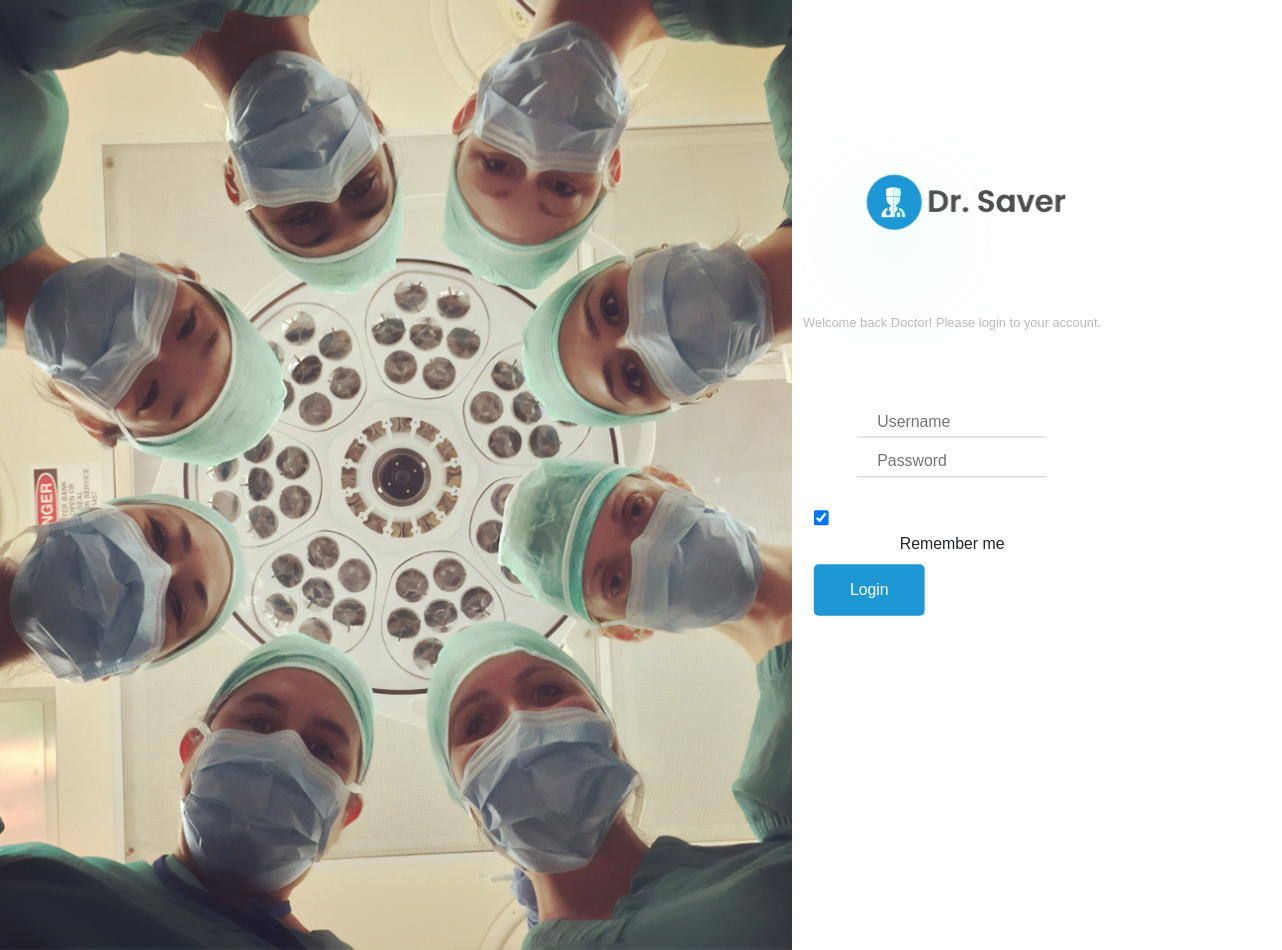
Repository: nsra/hadeel_doctor_system
Page: doctor/Dlogin.html
These files come from the project's save history. The page is drawn as it stood at one moment and after a run of saves; the edit follows.
The browser window is 1280 px wide. The page is 1295 px wide, so the pictures cover 1295 px, including what lies to the right of the window. The pictures show the whole page, at 99% of full size.
Some web fonts or font styles are not loaded; a fallback is used. Some web libraries are served in a nearby version.

Above is the page before, as saved 2022-03-29 16:58:22.

After the next 2 saves:
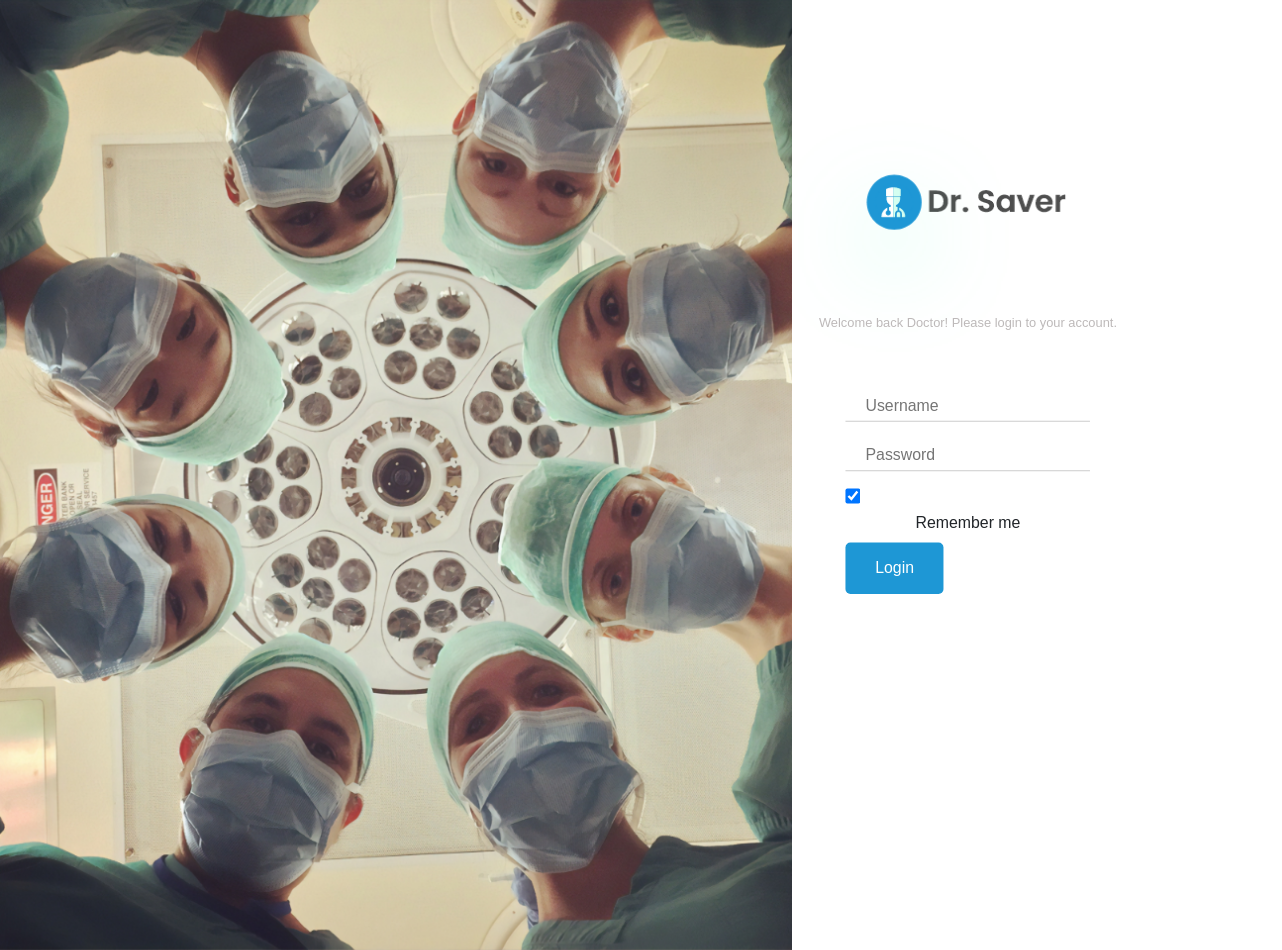
The 2 saves are shown as one change because they came seconds apart.
The last was saved 35 s later.
--- a/doctor/Dlogin.html
+++ b/doctor/Dlogin.html
@@ -29,7 +29,7 @@
           <form action="action_page.php" method="post">
 
 
-            <div class="container">
+
 
               <input type="text" placeholder="Username" name="uname" required>
 
@@ -37,8 +37,7 @@
               <input type="password" placeholder="Password" name="psw" required>
 
 
-            </div>
-            <input type="checkbox" checked="checked" style="width:15px; " name="remember"> Remember me
+             <input type="checkbox" checked="checked" style="width:15px; " name="remember"> Remember me
               <button type="submit">Login</button>
 
 
